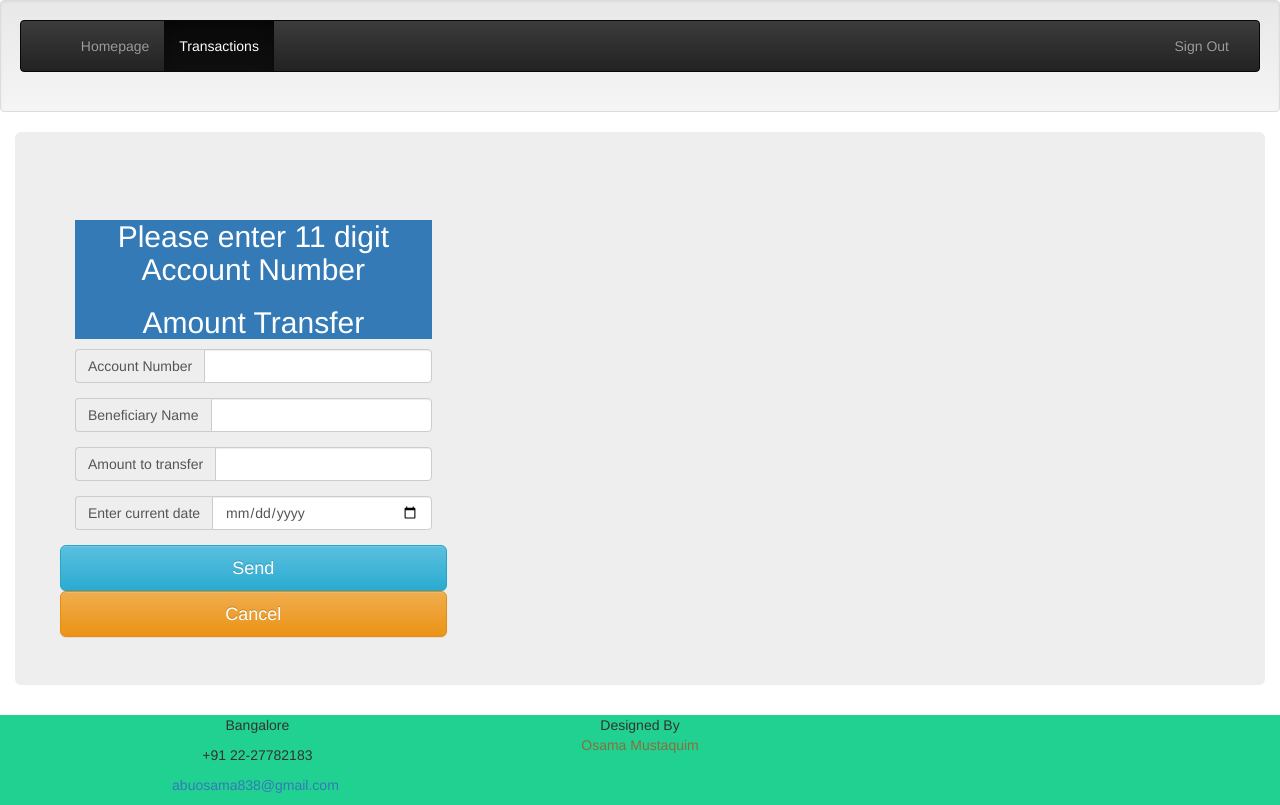
Repository: osamamustaquim/Online-Banking-Management-System
Page: http://localhost/BankApp/Wrongaccnum.jsp
An editor plug-in stored every save of this project. The page is shown before and after the next save, followed by the edit.
The browser window is 1280 px wide. The pictures show the whole page.
Some web fonts or font styles are not loaded; a fallback is used. The page is served by Tomcat 9.

Above is the page before, as saved 2020-04-10 15:59:15.

After the next save:
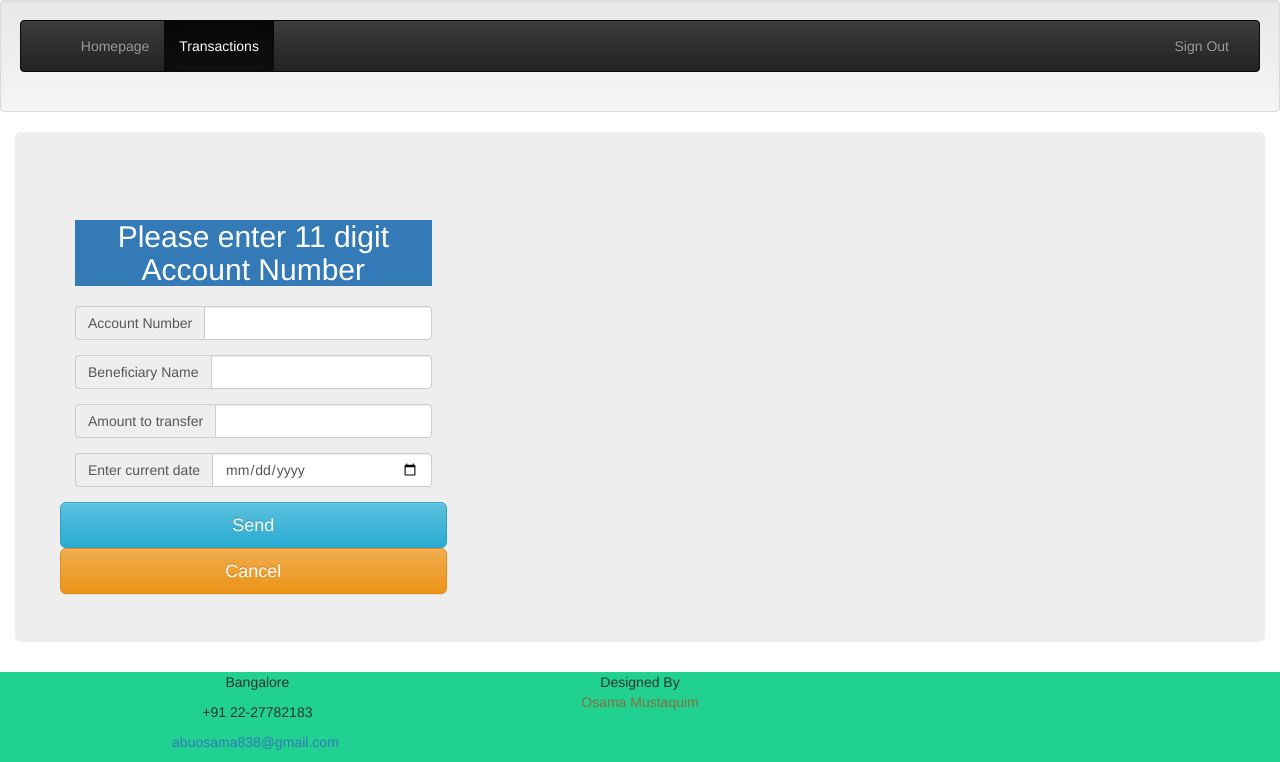
Saved 20 s later.
--- a/Online Banking Application using MVC model - Copy/BankApp/WebContent/Wrongaccnum.jsp
+++ b/Online Banking Application using MVC model - Copy/BankApp/WebContent/Wrongaccnum.jsp
@@ -67,7 +67,7 @@ background:"red"
 			<div class="card border-primary">
 				<div class="card-header bg-primary text-center">
 				<h2>Please enter 11 digit Account Number</h2>
-					<h2> <class="card-title">Amount Transfer</h2>
+					<h2> <class="card-title"></h2>
 				</div>
 				<div class="card-body justify-content-center">
 					<form accept-charset="UTF-8" role="form" action="Transferservlet"
